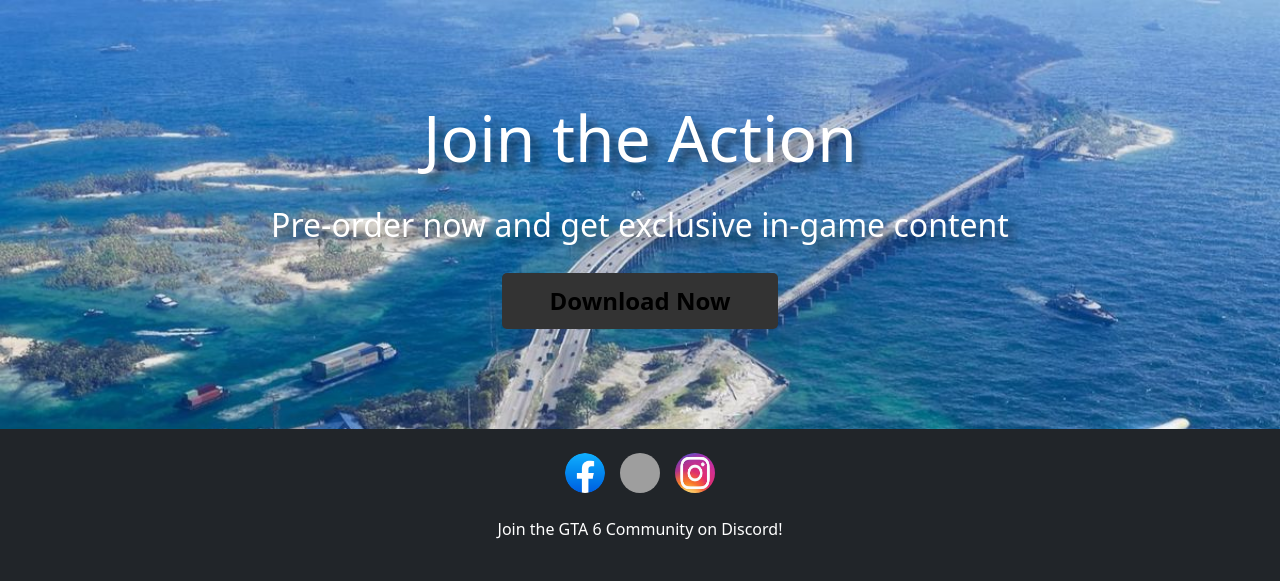
Repository: Ayukh03/GTA-VI-Landing-page
Page: index.html
These files come from the project's save history. The page is drawn as it stood at one moment and after the next save; the edit follows.
The browser window is 1280 px wide. The pictures show the part of the page from y = 2662 to 3243 px (the page is 3243 px tall).
Pictures or frames that could not be fetched are drawn as grey boxes. A picture or video elsewhere on the page could not be fetched, so the positions and the page height are approximate.

Above is the page before, as saved 2025-02-22 13:36:41.

After the next save:
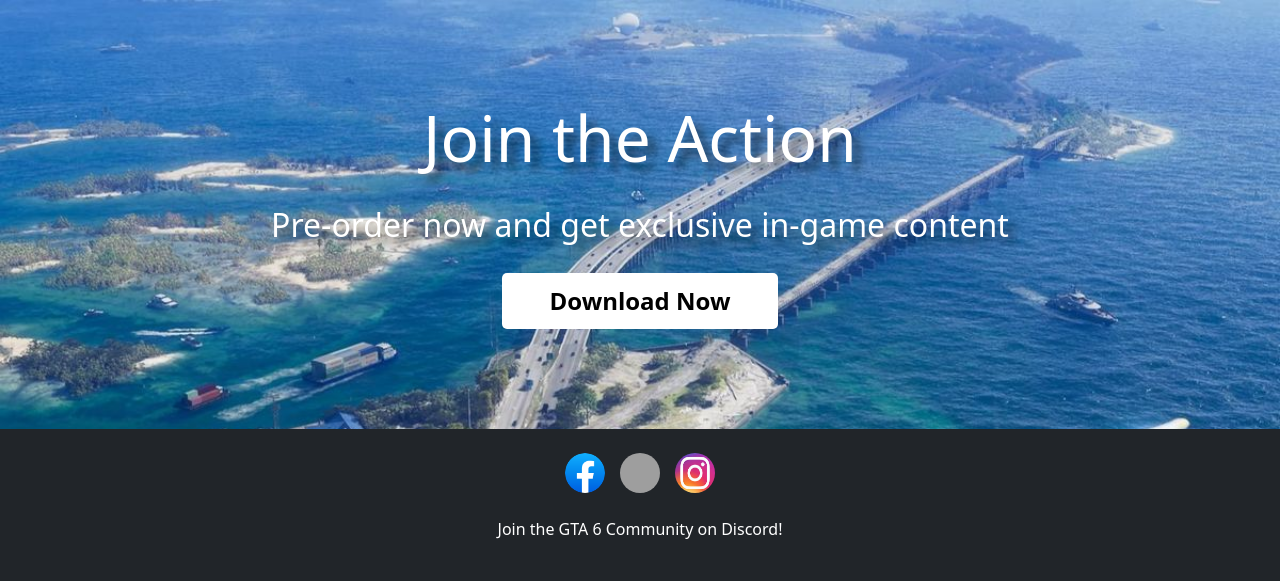
Saved 60 s later.
--- a/index.html
+++ b/index.html
@@ -180,7 +180,7 @@
             font: bolder;
         }
         .btn-download {
-            background-color: #333;
+            background-color: white;
             border: none;
             padding: 10px 20px;
             font-size: 1.5rem;
